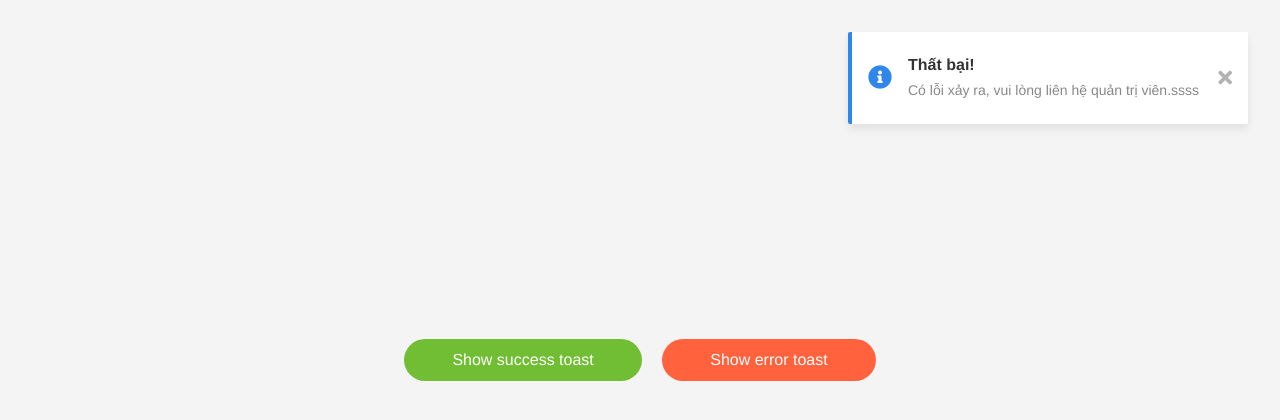
Repository: vuongtm1999/Toast_Message
Page: toast-message.html
An editor plug-in stored every save of this project. The page is shown before and after the next save, followed by the edit.
The browser window is 1280 px wide. The pictures show the whole page.
After loading, the first visible `div.btn--danger` was clicked once.

Above is the page before, as saved 2022-09-01 16:03:52.

### toast-message.html
<!DOCTYPE html>
<html lang="en">
  <head>
    <meta charset="UTF-8" />
    <meta http-equiv="X-UA-Compatible" content="IE=edge" />
    <meta name="viewport" content="width=device-width, initial-scale=1.0" />
    <link
      rel="stylesheet"
      href="https://cdnjs.cloudflare.com/ajax/libs/font-awesome/5.15.1/css/all.min.css"
      integrity="sha512-+4zCK9k+qNFUR5X+cKL9EIR+ZOhtIloNl9GIKS57V1MyNsYpYcUrUeQc9vNfzsWfV28IaLL3i96P9sdNyeRssA=="
      crossorigin="anonymous"
    />
    <link rel="stylesheet" href="toast-message.css" />
    <script type="text/javascript" src="toast-message.js"></script>
    <title>Toast message</title>
  </head>
  <body>
    <div id="toast">

    </div>

    <div>
      <div onclick="showSuccessToast();" class="btn btn--success">
        Show success toast
      </div>
      <div onclick="showErrorToast();" class="btn btn--danger">
        Show error toast
      </div>
    </div>

    <script>
      function showSuccessToast() {
        toast({
          title: "Thành công!",
          message: "Bạn đã đăng ký thành công tài khoản tại F8.",
          type: "success",
          duration: 4000,
        });
      }

      function showErrorToast() {
        toast({
          title: "Thất bại!",
          message: "Có lỗi xảy ra, vui lòng liên hệ quản trị viên.",
          type: "info",
          duration: 5000000,
        });
      }
    </script>
  </body>
</html>

### toast-message.css
* {
    padding: 0;
    margin: 0;
    box-sizing: border-box;
}

body {
    height: 100vh;
    display: flex;
    flex-direction: column;
    font-family: "Helvetica Neue";
    background-color: #f4f4f5;
}

body>div {
    margin: auto;
}

/* ======= Buttons ======== */

/* Block */
.btn {
    display: inline-block;
    text-decoration: none;
    background-color: transparent;
    border: none;
    outline: none;
    color: #fff;
    padding: 12px 48px;
    border-radius: 50px;
    cursor: pointer;
    min-width: 120px;
    transition: opacity 0.2s ease;
}

/* Modifier */
.btn--size-l {
    padding: 16px 56px;
}

.btn--size-s {
    padding: 8px 32px;
}

.btn:hover {
    opacity: 0.8;
}

.btn+.btn {
    margin-left: 16px;
}

.btn--success {
    background-color: #71be34;
}

.btn--warn {
    background-color: #ffb702;
}

.btn--danger {
    background-color: #ff623d;
}

.btn--disabled {
    opacity: 0.5 !important;
    cursor: default;
}

/* ======= Toast message ======== */

#toast {
    position: fixed;
    top: 32px;
    right: 32px;
    z-index: 999999;
}

.toast {
    display: flex;
    align-items: center;
    background-color: #fff;
    border-radius: 2px;
    padding: 20px 0;
    min-width: 400px;
    max-width: 450px;
    border-left: 4px solid;
    box-shadow: 0 5px 8px rgba(0, 0, 0, 0.08);

    transition: all linear 0.3s;
}

@keyframes slideInLeft {
    from {
        opacity: 0;
        transform: translateX(calc(100% + 32px));
    }

    to {
        opacity: 1;
        transform: translateX(0);
    }
}

@keyframes fadeOut {
    to {
        opacity: 0;
    }
}

.toast--success {
    border-color: #47d864;
}

.toast--success .toast__icon {
    color: #47d864;
}

.toast--info {
    border-color: #2f86eb;
}

.toast--info .toast__icon {
    color: #2f86eb;
}

.toast--warning {
    border-color: #ffc021;
}

.toast--warning .toast__icon {
    color: #ffc021;
}

.toast--error {
    border-color: #ff623d;
}

.toast--error .toast__icon {
    color: #ff623d;
}

.toast+.toast {
    margin-top: 24px;
}

.toast__icon {
    font-size: 24px;
}

.toast__icon,
.toast__close {
    padding: 12px 16px;
}

.toast__body {
    flex-grow: 1;
}

.toast__title {
    font-size: 16px;
    font-weight: 600;
    color: #333;
}

.toast__msg {
    font-size: 14px;
    color: #888;
    margin-top: 6px;
    line-height: 1.5;
}

.toast__close {
    font-size: 20px;
    color: rgba(0, 0, 0, 0.3);
    cursor: pointer;
}

### toast-message.js



function toast({ title = '', message = '', type = 'info', duration = 3000}){
    const main = document.getElementById('toast');
    const toast = document.createElement("div");


    if(main){
        const delay = (duration / 1000).toFixed(2);


        // autoRemoveId là timeout Id
        const autoRemoveId = setTimeout(function(){
            main.removeChild(toast);
        }, duration + 1000)

        console.log("autoRemoveId", autoRemoveId)

        toast.onclick = function(e){
            // console.log(e.target)
            // console.log(e.target.closest(".toast__close"))
            if (e.target.closest(".toast__close")) {
                main.removeChild(toast);
                clearTimeout(autoRemoveId);
            }
        }

        const icons = {
            success: "fas fa-check-circle",
            info: "fas fa-info-circle",
            warning: "fas fa-exclamation-circle",
            error: "fas fa-exclamation-circle"
        }

        const icon = icons[type]

        toast.classList.add("toast", `toast--${type}`);
        toast.style.animation = `slideInLeft ease .3s, fadeOut linear 1s ${delay}s forwards`

        toast.innerHTML = `
                            <div class="toast__icon">
                                <i class="${icon}"></i>
                            </div>
                            <div class="toast__body">
                                <h3 class="toast__title">${title}</h3>
                                <p class="toast__msg">${message}ssss</p>
                            </div>
                            <div class="toast__close">
                                <i class="fas fa-times"></i>
                            </div>
                        `


        main.appendChild(toast)
    }





}

After the next save:
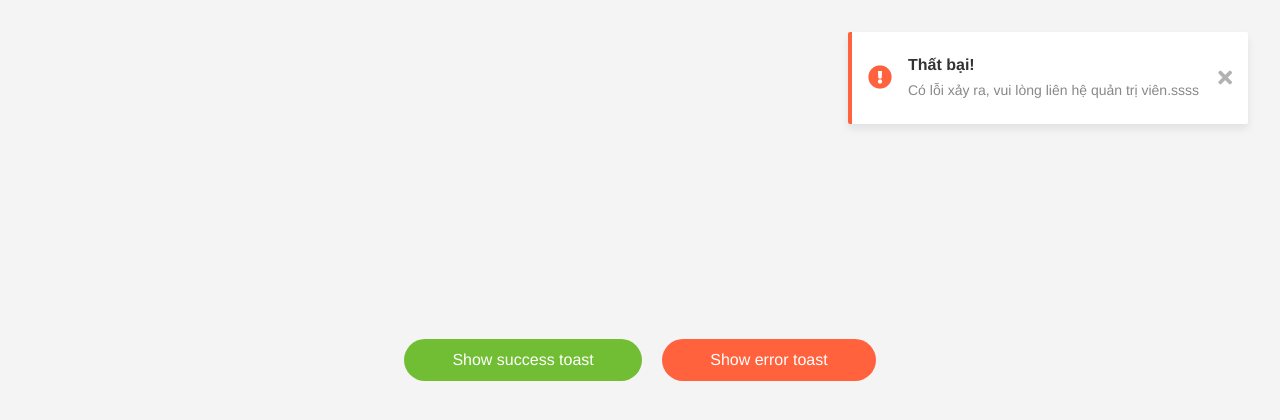
Saved 7 s later.
--- a/toast-message.html
+++ b/toast-message.html
@@ -42,7 +42,7 @@
         toast({
           title: "Thất bại!",
           message: "Có lỗi xảy ra, vui lòng liên hệ quản trị viên.",
-          type: "info",
+          type: "error",
           duration: 5000000,
         });
       }
